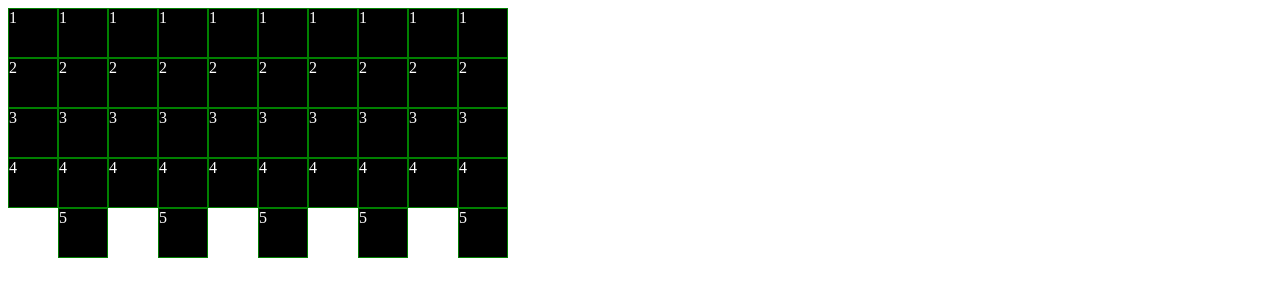
Repository: motiejus1/14-paskaita-JS
Page: index.html
An editor plug-in stored every save of this project. The page is shown before and after a run of saves, followed by the edit.
The browser window is 1280 px wide. The pictures show the whole page.

Above is the page before, as saved 2021-06-29 11:56:49.

### index.html
<!DOCTYPE html>
<html lang="en">
<head>
    <meta charset="UTF-8">
    <meta http-equiv="X-UA-Compatible" content="IE=edge">
    <meta name="viewport" content="width=device-width, initial-scale=1.0">
    <title>14 paskaita</title>

    <style>

        * {
            box-sizing: border-box;
        }

        .butas {
            width: 50px;
            height: 50px;
            background-color: black;
            border: 1px solid green;
            color: white;
        }

        .container {
            display: flex;
            flex-direction: row;
            flex-wrap: nowrap;
        }

        .laiptine {
            display:flex;
            flex-direction: column;
            align-items: flex-end;
        }
    </style>
</head>
<body>

    <div class="container">
        <div class="laiptine">
            <div class="butas">1</div>
            <div class="butas">2</div>
            <div class="butas">3</div>
            <div class="butas">4</div>
        </div>
        <div class="laiptine">
            <div class="butas">1</div>
            <div class="butas">2</div>
            <div class="butas">3</div>
            <div class="butas">4</div>
            <div class="butas">5</div>
        </div>
        <div class="laiptine">
            <div class="butas">1</div>
            <div class="butas">2</div>
            <div class="butas">3</div>
            <div class="butas">4</div>
        </div>
        <div class="laiptine">
            <div class="butas">1</div>
            <div class="butas">2</div>
            <div class="butas">3</div>
            <div class="butas">4</div>
            <div class="butas">5</div>
        </div>
        <div class="laiptine">
            <div class="butas">1</div>
            <div class="butas">2</div>
            <div class="butas">3</div>
            <div class="butas">4</div>
        </div>
        <div class="laiptine">
            <div class="butas">1</div>
            <div class="butas">2</div>
            <div class="butas">3</div>
            <div class="butas">4</div>
            <div class="butas">5</div>
        </div>
        <div class="laiptine">
            <div class="butas">1</div>
            <div class="butas">2</div>
            <div class="butas">3</div>
            <div class="butas">4</div>
        </div>
        <div class="laiptine">
            <div class="butas">1</div>
            <div class="butas">2</div>
            <div class="butas">3</div>
            <div class="butas">4</div>
            <div class="butas">5</div>
        </div>
        <div class="laiptine">
            <div class="butas">1</div>
            <div class="butas">2</div>
            <div class="butas">3</div>
            <div class="butas">4</div>
        </div>
        <div class="laiptine">
            <div class="butas">1</div>
            <div class="butas">2</div>
            <div class="butas">3</div>
            <div class="butas">4</div>
            <div class="butas">5</div>
        </div>
    </div>

   <script src="script.js"></script>
</body>
</html>

### script.js
"use strict";

// Klasės kintamieji:
// miestas - tekstas,
// pastatymo data - datos formatas,
// adresas - tekstas,
// laiptinių skaičius - masyvas, turintis tiek elementų, kiek yra laiptinių. Pvz: [1,2,3,4]
// butų skaičius - masyvas, turintis tiek elementų, kiek butų yra laiptinėje.Pvz: [20, 22, 19, 13]
// bendras butų skaičius - suskaičiuojamas automatiškai. Apskaičiavimui susikurti statinį metodą.



//minimali reiksme ieina i intervala, maksimali neieina
function randomFunction(min, max) {
    return Math.floor((Math.random() * (max - min)) + min);
}

//minimali reiksme ieina i intervala, maksimali ieina
function randomFunctionWithMax(min, max) {

    return Math.floor((Math.random() * (max - min + 1)) + min);
}

let laiptines = ["laiptine1", "laiptine2", "laiptine3",'laiptine4', 'laiptine5'] //laiptiniu skaicius masyvo lenght - 3

let laiptiniuSk = laiptines.length;

let atsitiktinisSk = randomFunctionWithMax(1, 100); // Skaiciu nuo 1 iki 100

console.log(atsitiktinisSk);

// let butai = [20, 22, 19, 13];
let butai = [];
for (let i = 0; i< laiptiniuSk; i++) {
    butai.push(randomFunctionWithMax(1, 100));
}

let bendrasButuSkaicius = 0;

for (let i = 0; i < butai.length; i++) {
    bendrasButuSkaicius += butai[i];
}

console.log(butai);
console.log(bendrasButuSkaicius);

//gauname laiptiniu skaiciu +
//pagal laiptiniu skaiciu susikuriame butu masyva
//butu masyvas turi tiek elementu kiek yra laiptiniu
// kiekvienas buto masyvo elementas yra atsitiktinis skaicius

After the next 2 saves:
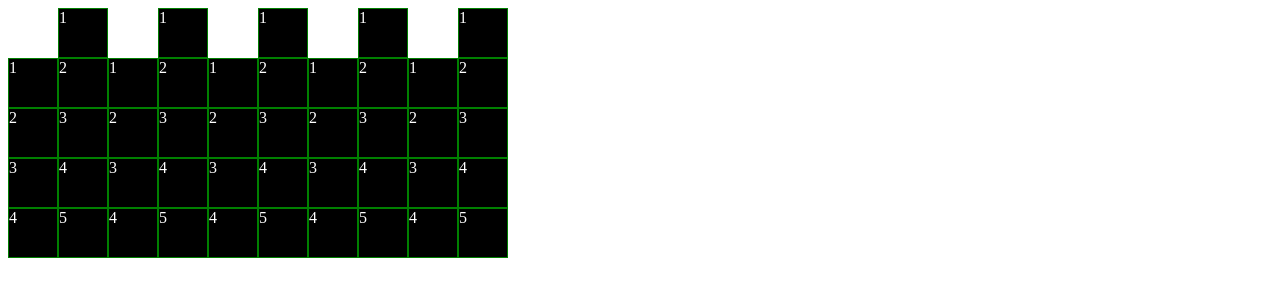
The 2 saves are shown as one change because they came seconds apart.
The last was saved 74 s later.
--- a/index.html
+++ b/index.html
@@ -29,7 +29,7 @@
         .laiptine {
             display:flex;
             flex-direction: column;
-            align-items: flex-end;
+           justify-content: flex-end;
         }
     </style>
 </head>
